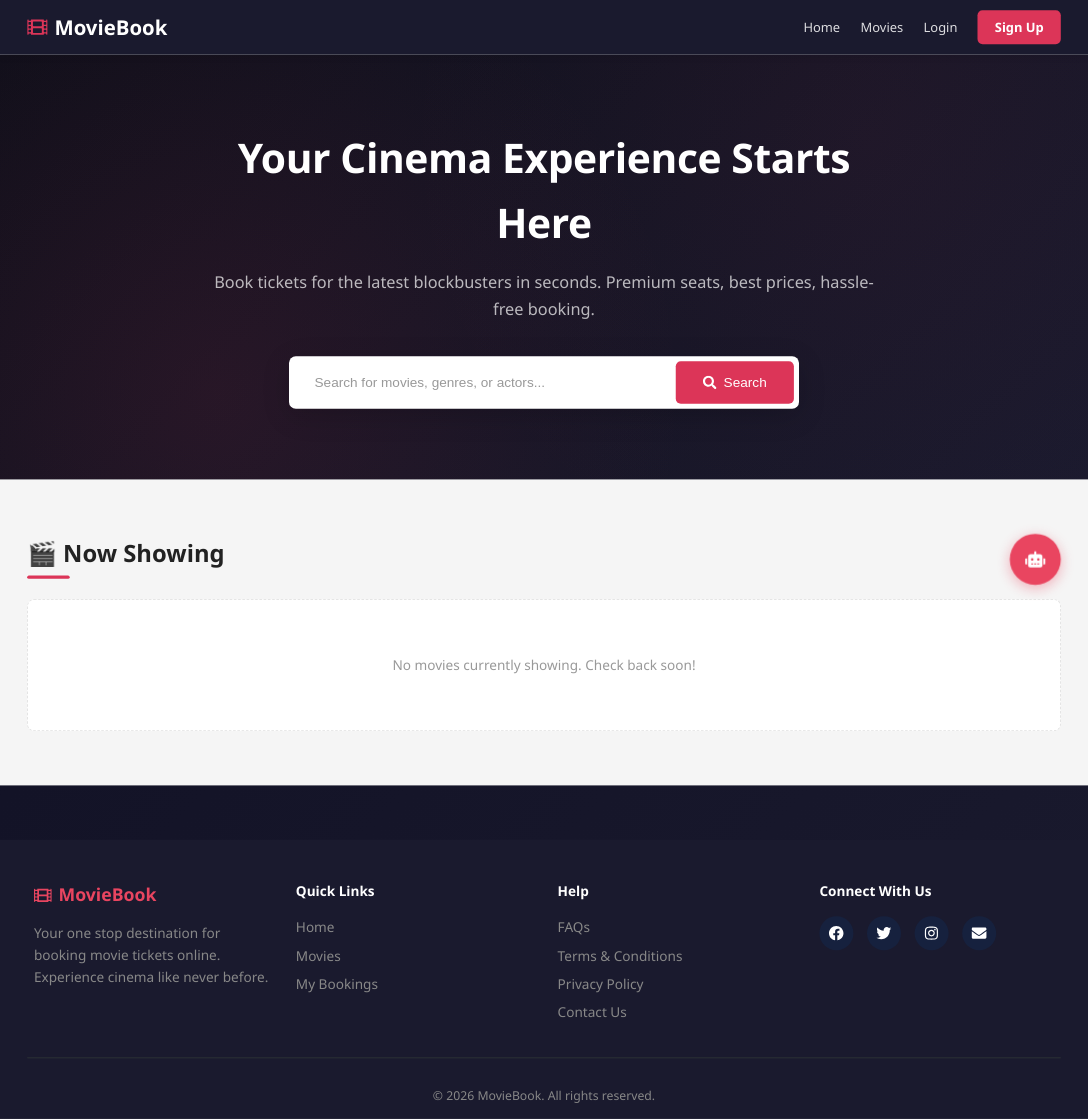
Repository: adithya11sci/movie_ticket_bookings
Page: / (app in frontend/)
An editor plug-in stored every save of this project. The page is shown before and after the next save, followed by the edit.
The browser window is 1280 px wide. The pictures show the whole page, at 85% of full size.
The page's requests for data from a server got no answer. The project was rebuilt for these pictures with package versions that can differ from the ones it lists, and the page was loaded fresh each time. No one was signed in, and anything a server would have sent is missing. Also part of the build but not shown: frontend/vite.config.js, frontend/src/components/MovieCard.css, frontend/src/components/MovieCard.jsx, frontend/src/pages/Movies.jsx, frontend/src/pages/Auth.css, frontend/src/pages/Login.jsx, frontend/src/pages/Register.jsx, frontend/src/pages/MovieDetails.css and 17 more.

Above is the page before, as saved 2026-02-02 12:03:57.

After the next save:
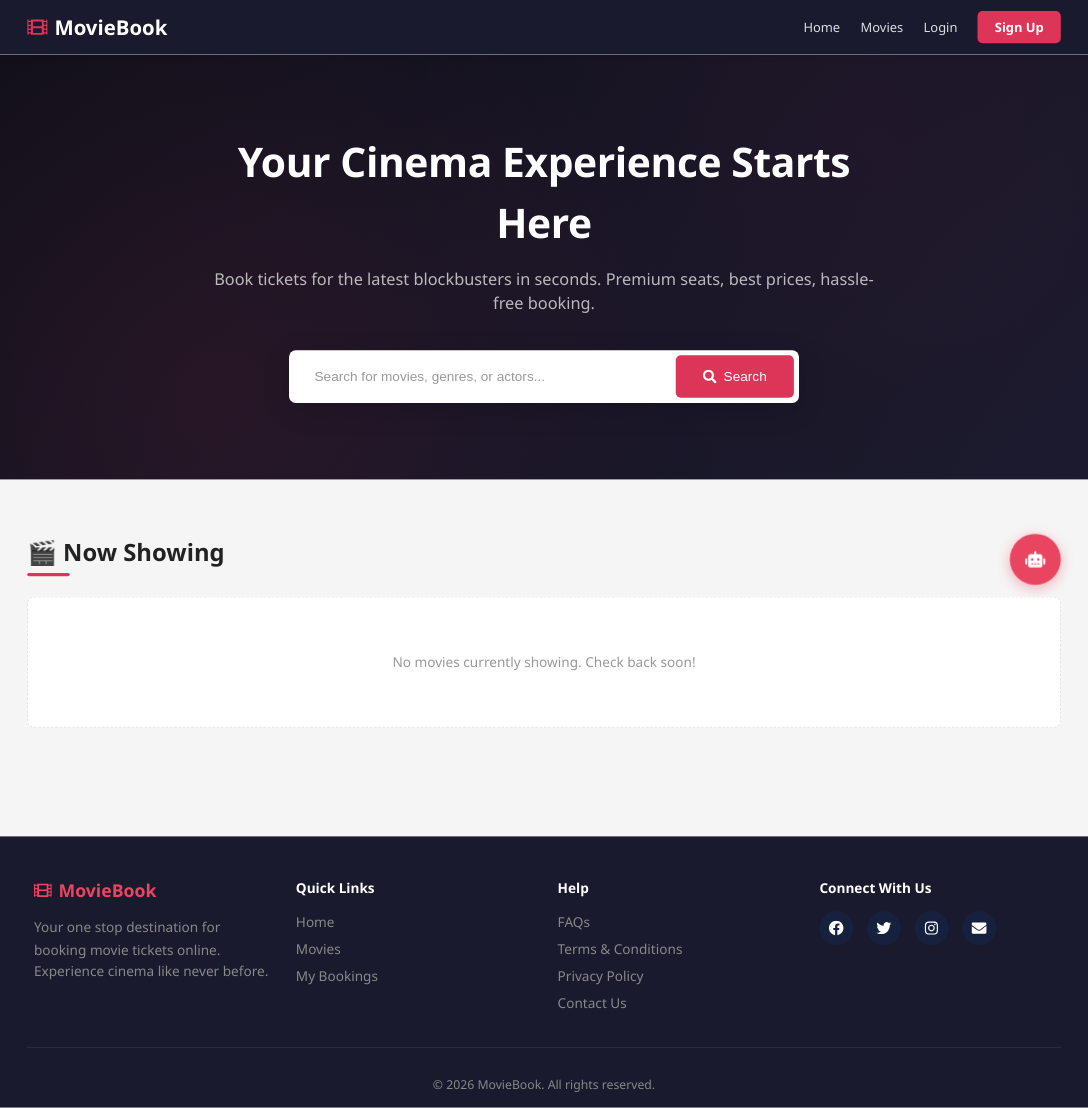
Saved 19 s later.
--- a/frontend/src/App.css
+++ b/frontend/src/App.css
@@ -7,44 +7,104 @@
 
 body {
     font-family: 'Segoe UI', Tahoma, Geneva, Verdana, sans-serif;
-    background: #0f0f23;
-    color: #fff;
+    background: var(--bg-light);
+    color: var(--text-dark);
+    line-height: 1.5;
 }
 
 .app {
     min-height: 100vh;
-    background: linear-gradient(135deg, #0f0f23 0%, #1a1a2e 100%);
+    background: var(--bg-light);
 }
 
 main {
-    min-height: calc(100vh - 70px);
+    min-height: calc(100vh - 64px);
 }
 
 a {
     text-decoration: none;
+    color: inherit;
 }
 
-/* loading and error pages */
-.loading-page, .error-page {
+/* Loading and Error Pages */
+.loading-page,
+.error-page {
     display: flex;
     align-items: center;
     justify-content: center;
     height: 50vh;
-    color: #888;
-    font-size: 1.2rem;
+    color: var(--text-muted);
+    font-size: 1.1rem;
 }
 
-/* scrollbar styles */
+.loading-page {
+    flex-direction: column;
+    gap: 1rem;
+}
+
+.loading-spinner {
+    width: 40px;
+    height: 40px;
+    border: 3px solid var(--border-light);
+    border-top-color: var(--primary);
+    border-radius: 50%;
+    animation: spin 0.8s linear infinite;
+}
+
+@keyframes spin {
+    to {
+        transform: rotate(360deg);
+    }
+}
+
+/* Scrollbar Styles */
 ::-webkit-scrollbar {
     width: 8px;
+    height: 8px;
 }
 
 ::-webkit-scrollbar-track {
-    background: #1a1a2e;
+    background: var(--bg-light);
 }
 
 ::-webkit-scrollbar-thumb {
-    background: #e94560;
-    border-radius: 5px;
+    background: var(--text-muted);
+    border-radius: 4px;
 }
+
+::-webkit-scrollbar-thumb:hover {
+    background: var(--text-secondary);
 }
+
+/* Selection */
+::selection {
+    background: var(--primary);
+    color: var(--text-light);
+}
+
+/* Focus Styles */
+button:focus-visible,
+input:focus-visible,
+a:focus-visible {
+    outline: 2px solid var(--primary);
+    outline-offset: 2px;
+}
+
+/* Utility Classes */
+.container {
+    max-width: 1400px;
+    margin: 0 auto;
+    padding: 0 1rem;
+}
+
+.text-primary {
+    color: var(--primary);
+}
+
+.text-muted {
+    color: var(--text-muted);
+}
+
+.bg-white {
+    background: var(--bg-white);
+}
